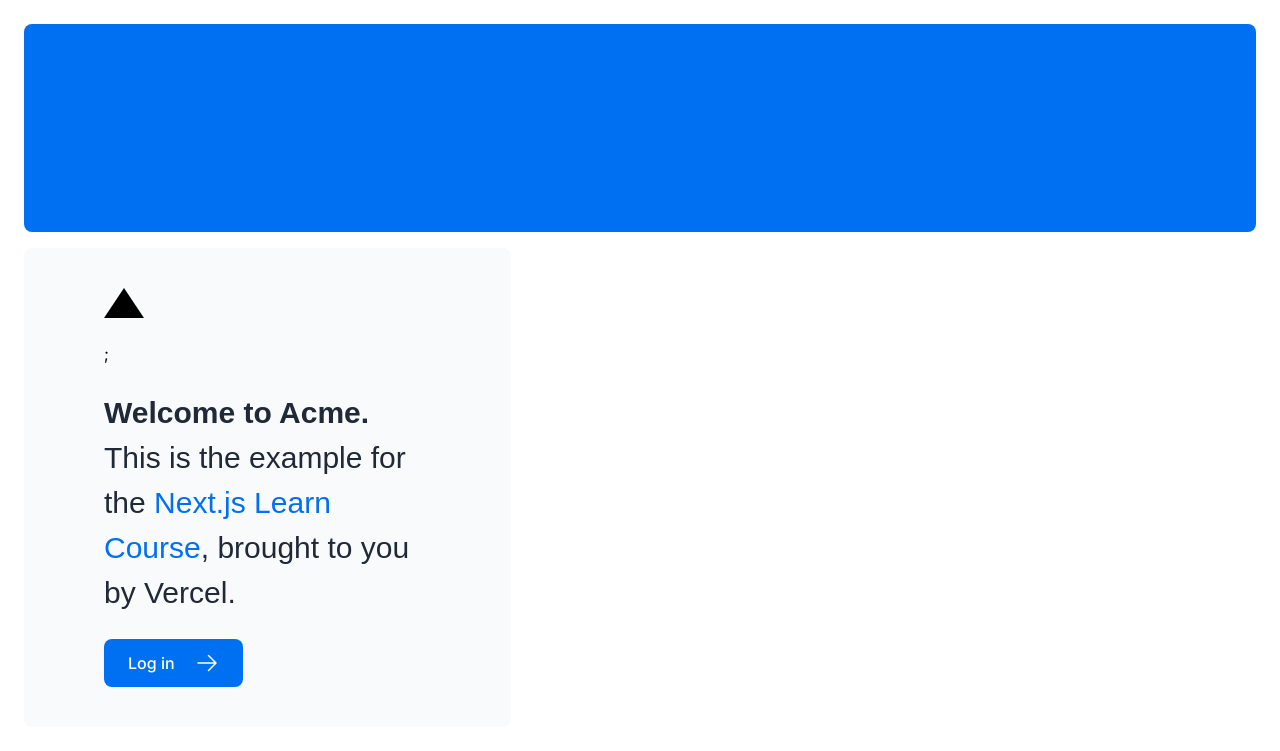
Repository: msjrdev/nextjs-dashboard
Page: /
The author's editor kept a copy of each file at every save. The page is drawn from the files as they stood at one save, then again after the next save.
The browser window is 1280 px wide. The pictures show the whole page.
Some web fonts or font styles are not loaded; a fallback is used. The project was rebuilt for these pictures with package versions that can differ from the ones it lists, and the page was loaded fresh each time. The framework's server and built-in components were replaced by stand-ins that run in the browser. Also part of the build but not shown: next.config.js.

Above is the page before, as saved 2024-01-04 22:12:57.

### app/page.tsx
import AcmeLogo from '@/app/ui/acme-logo';
import { ArrowRightIcon } from '@heroicons/react/24/outline';
import Link from 'next/link';
import styles from '@/app/ui/home.module.css';
import { lusitana } from '@/app/ui/fonts';

export default function Page() {
  return (
    <main className="flex min-h-screen flex-col p-6">
      <div className="flex h-20 shrink-0 items-end rounded-lg bg-blue-500 p-4 md:h-52">
        {/* <AcmeLogo /> */}
      </div>
      <div className="mt-4 flex grow flex-col gap-4 md:flex-row">
        <div className="flex flex-col justify-center gap-6 rounded-lg bg-gray-50 px-6 py-10 md:w-2/5 md:px-20">
          <div className={styles.shape}></div>;
          <p className={`${lusitana.className} text-xl text-gray-800 md:text-3xl md:leading-normal`}>
            <strong>Welcome to Acme.</strong> This is the example for the{' '}
            <a href="https://nextjs.org/learn/" className="text-blue-500">
              Next.js Learn Course
            </a>
            , brought to you by Vercel.
          </p>
          <Link
            href="/login"
            className="flex items-center gap-5 self-start rounded-lg bg-blue-500 px-6 py-3 text-sm font-medium text-white transition-colors hover:bg-blue-400 md:text-base"
          >
            <span>Log in</span> <ArrowRightIcon className="w-5 md:w-6" />
          </Link>
        </div>
        <div className="flex items-center justify-center p-6 md:w-3/5 md:px-28 md:py-12">
          {/* Add Hero Images Here */}
        </div>
      </div>
    </main>
  );
}

Loaded but not shown: app/layout.tsx (common file); app/ui/global.css (common file); app/ui/fonts.ts (common file); app/ui/home.module.css (common file); tailwind.config.ts (common file)

After the next save:
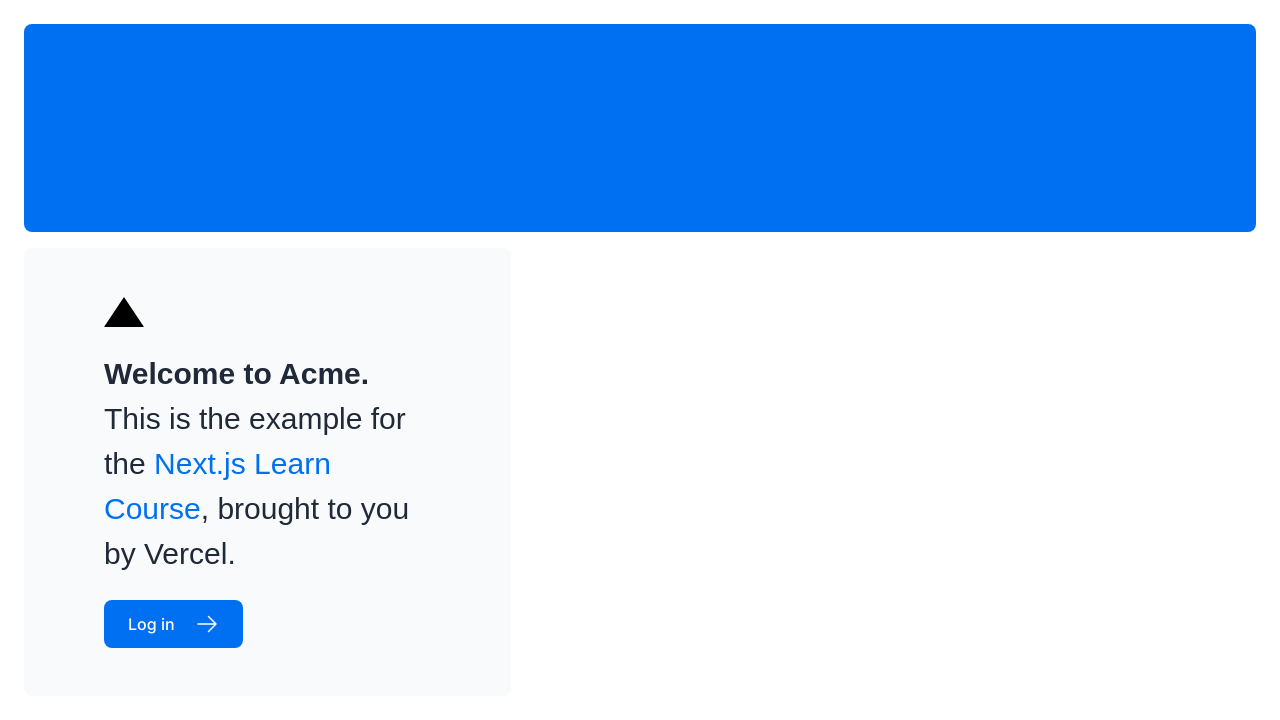
Saved 15 s later.
--- a/app/page.tsx
+++ b/app/page.tsx
@@ -12,7 +12,7 @@
       </div>
       <div className="mt-4 flex grow flex-col gap-4 md:flex-row">
         <div className="flex flex-col justify-center gap-6 rounded-lg bg-gray-50 px-6 py-10 md:w-2/5 md:px-20">
-          <div className={styles.shape}></div>;
+          <div className={styles.shape}></div>
           <p className={`${lusitana.className} text-xl text-gray-800 md:text-3xl md:leading-normal`}>
             <strong>Welcome to Acme.</strong> This is the example for the{' '}
             <a href="https://nextjs.org/learn/" className="text-blue-500">
